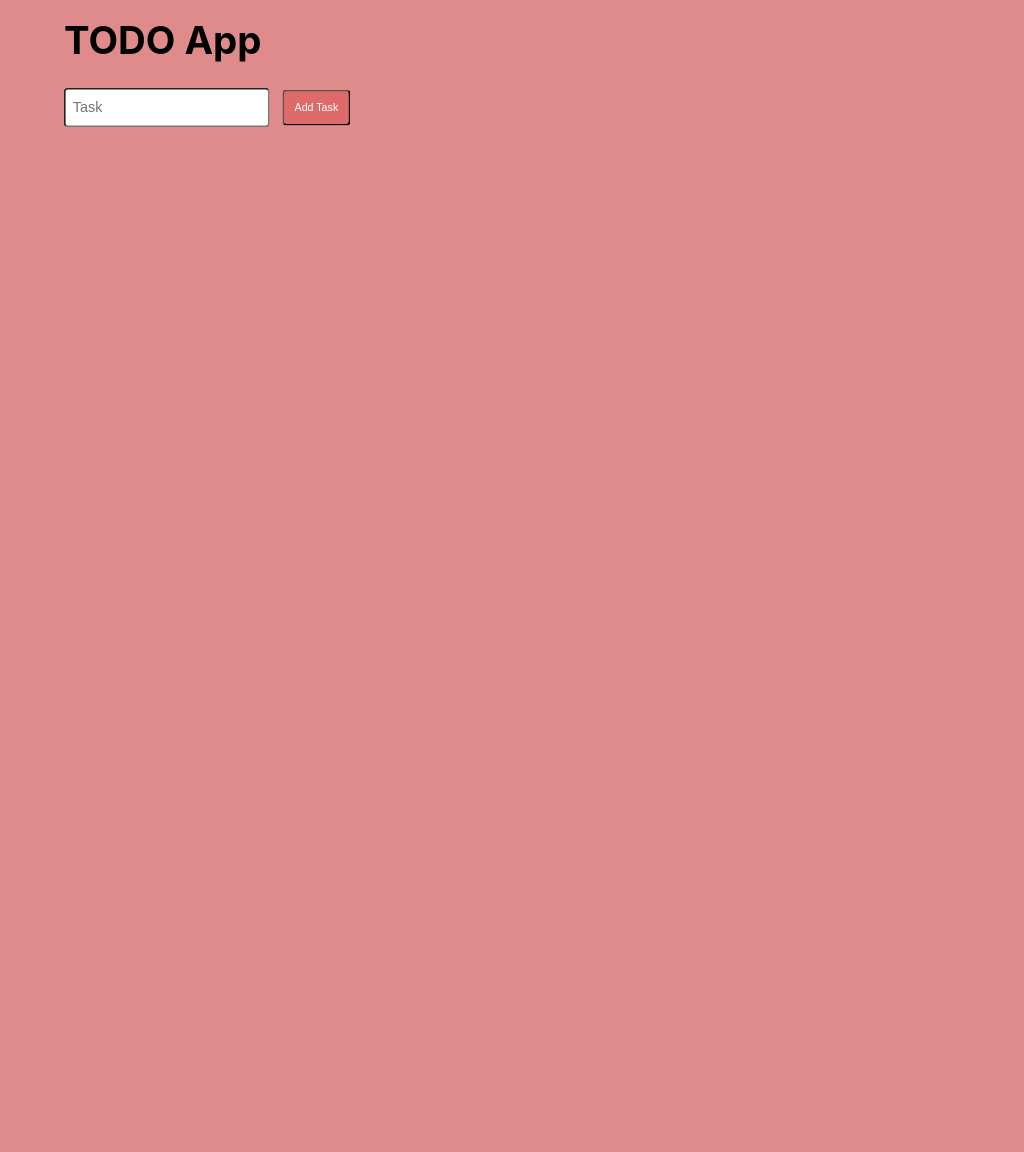
Repository: BhanuKaukuntla/TodoApp
Page: /
The author's editor kept a copy of each file at every save. The page is drawn from the files as they stood at one save, then again after the next save.
The browser window is 1280 px wide. The pictures show the whole page, at 80% of full size.
The project was rebuilt for these pictures with package versions that can differ from the ones it lists, and the page was loaded fresh each time. Also part of the build but not shown: src/components/TodoItem/TodoItem.js.

Above is the page before, as saved 2021-12-04 09:59:42.

After the next save:
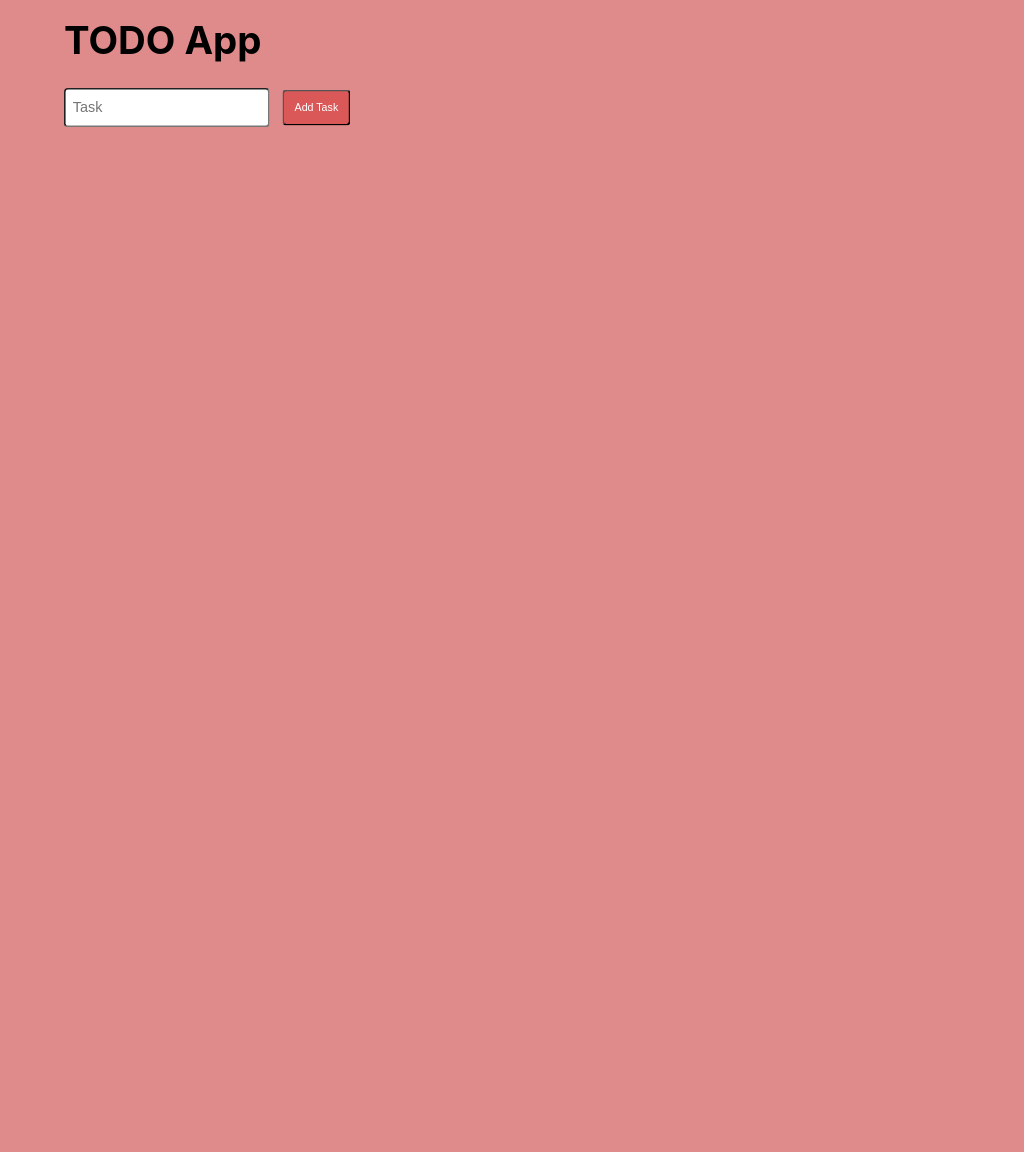
Saved 39 s later.
--- a/src/index.css
+++ b/src/index.css
@@ -64,7 +64,8 @@ body {
   padding: 13px;
   border-radius: 5px;
   color: white;
-  background-color: #df6a6a;
+  /* background-color: #df6a6a; */
+  background-color: #db5858;
   position: relative;
   bottom: 1.5px;
 }
